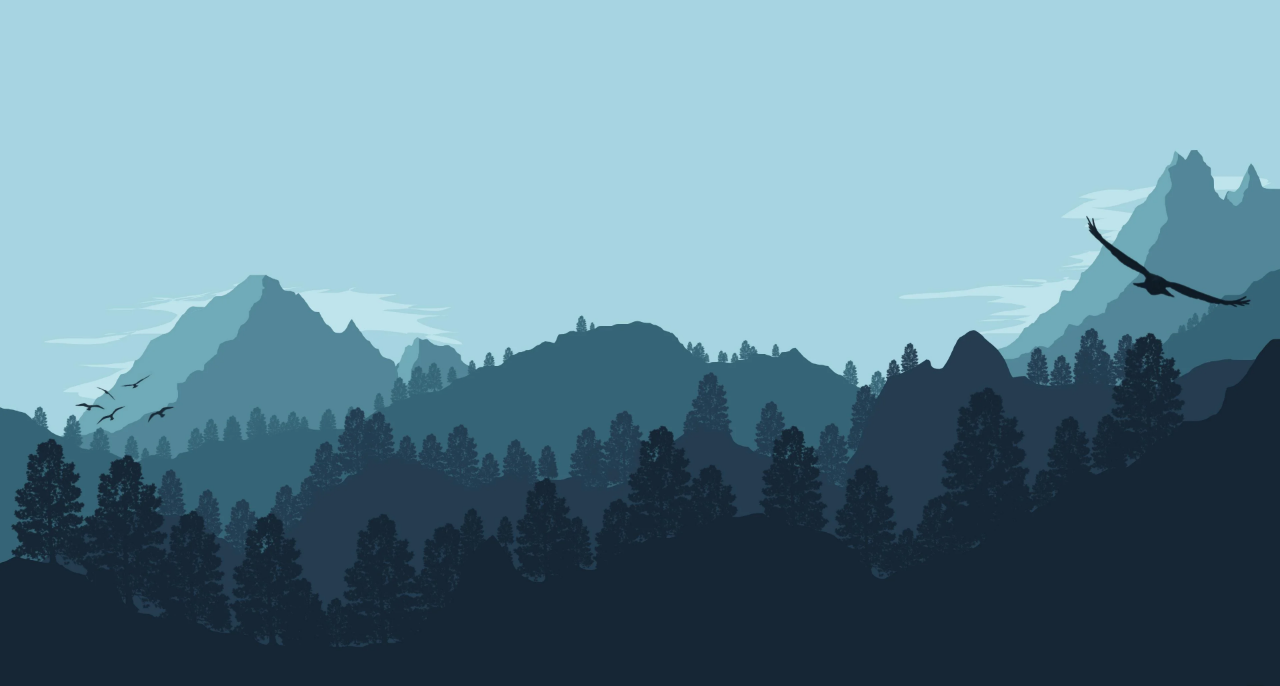
Repository: PixelPasta/Animal-Directory
Page: http://localhost/
An editor plug-in stored every save of this project. The page is shown before and after the next save, followed by the edit.
The browser window is 1280 px wide. The pictures show the whole page.
The page is served by the project's Node server (index.js).

Above is the page before, as saved 2022-04-16 20:35:17.

After the next save:
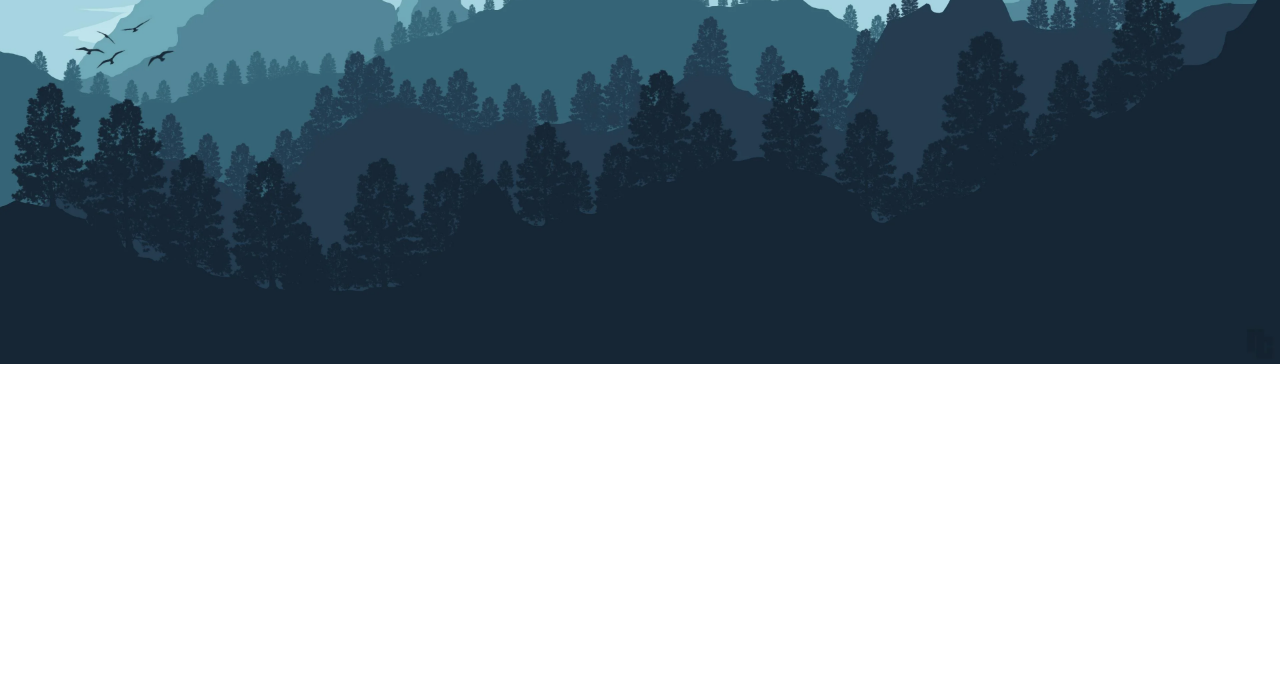
Saved 20 s later.
--- a/views/index.ejs
+++ b/views/index.ejs
@@ -8,7 +8,8 @@
     <style>
     body{background-image: url('./wallpaper.png');
 background-size: cover;
-background-repeat: no-repeat;}
+background-repeat: no-repeat;
+background-position: center;}
     </style>
 </head>
 <body>

After the save that followed:
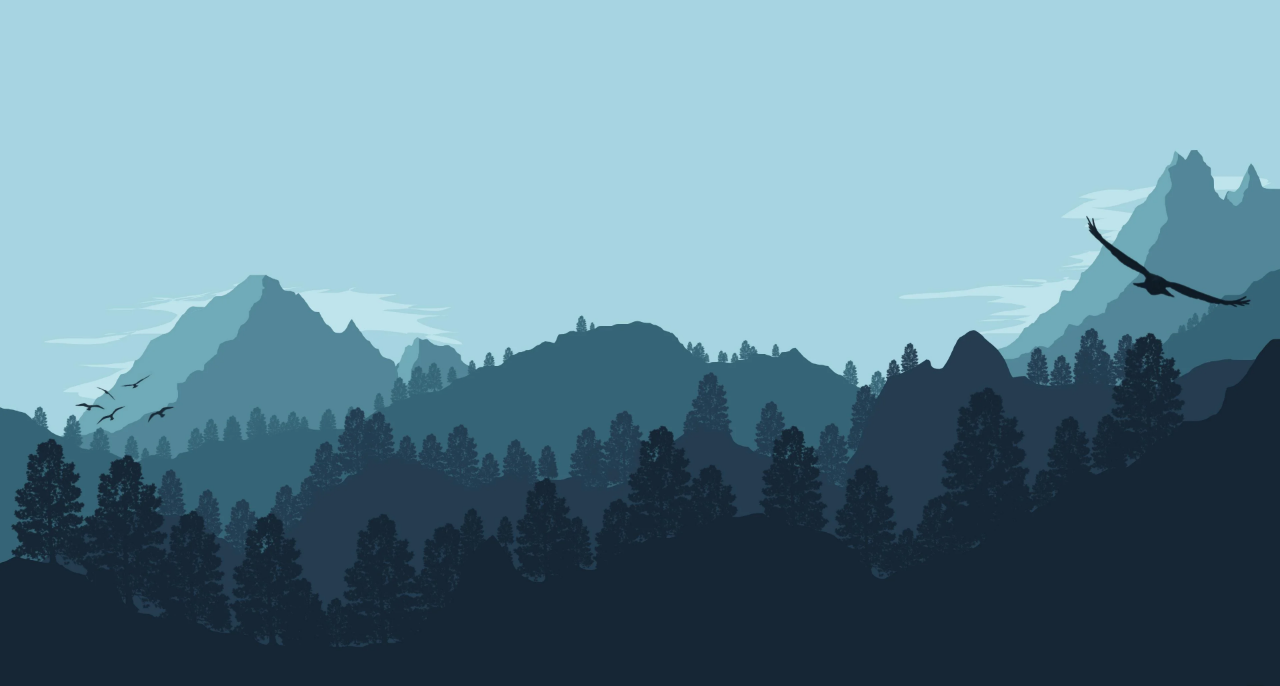
Saved 26 s later.
--- a/views/index.ejs
+++ b/views/index.ejs
@@ -9,7 +9,7 @@
     body{background-image: url('./wallpaper.png');
 background-size: cover;
 background-repeat: no-repeat;
-background-position: center;}
+}
     </style>
 </head>
 <body>
